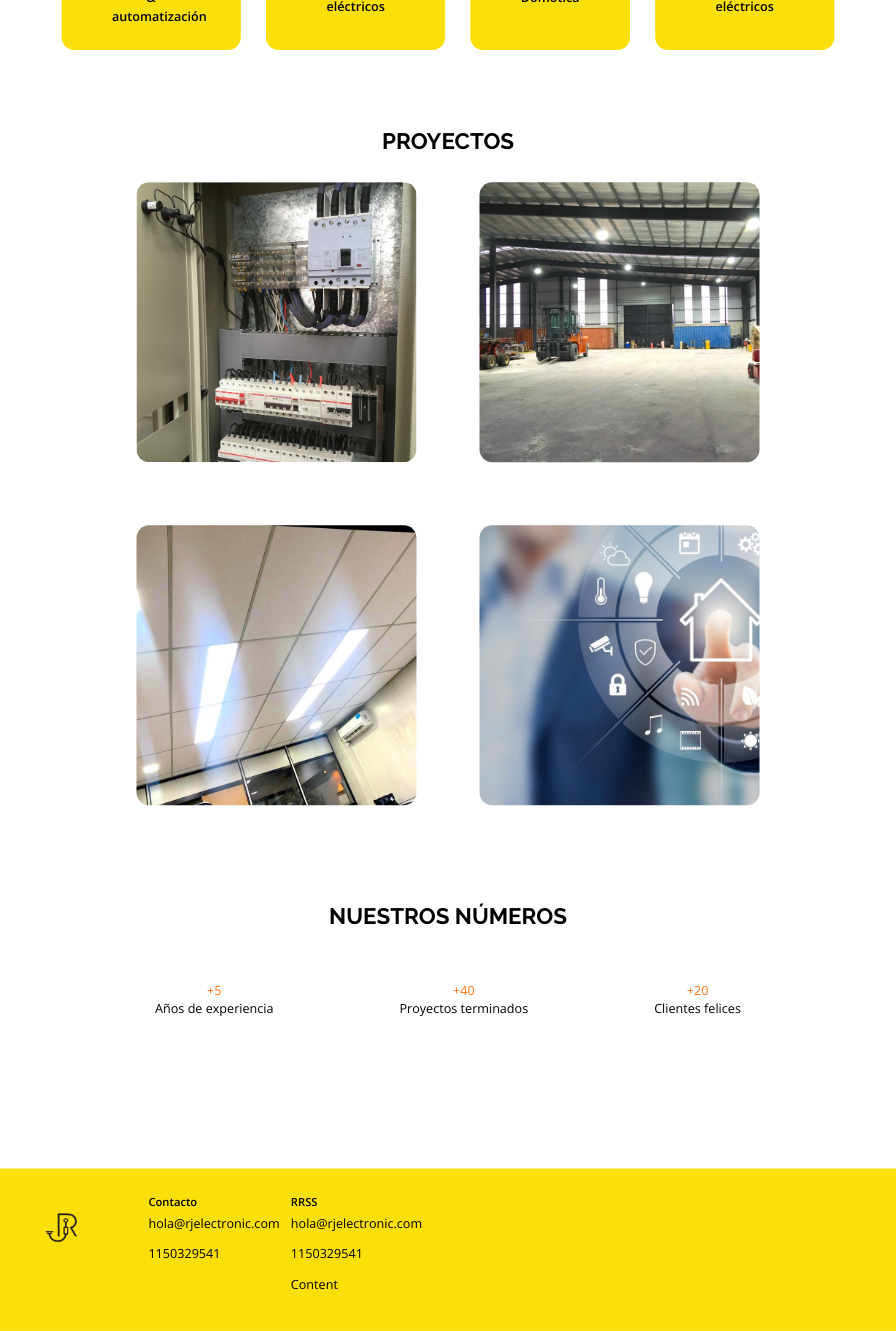
Repository: jeraldinnemg/rjelectronics
Page: index.html
The author's editor kept a copy of each file at every save. The page is drawn from the files as they stood at one save, then again after a run of saves.
The browser window is 1280 px wide. The pictures show the part of the page from y = 966 to 2886 px (the page is 2867 px tall before and 2886 px after), at 70% of full size.
Some web libraries are served in a nearby version.

Above is the page before, as saved 2022-07-27 22:09:06.

After the next 2 saves:
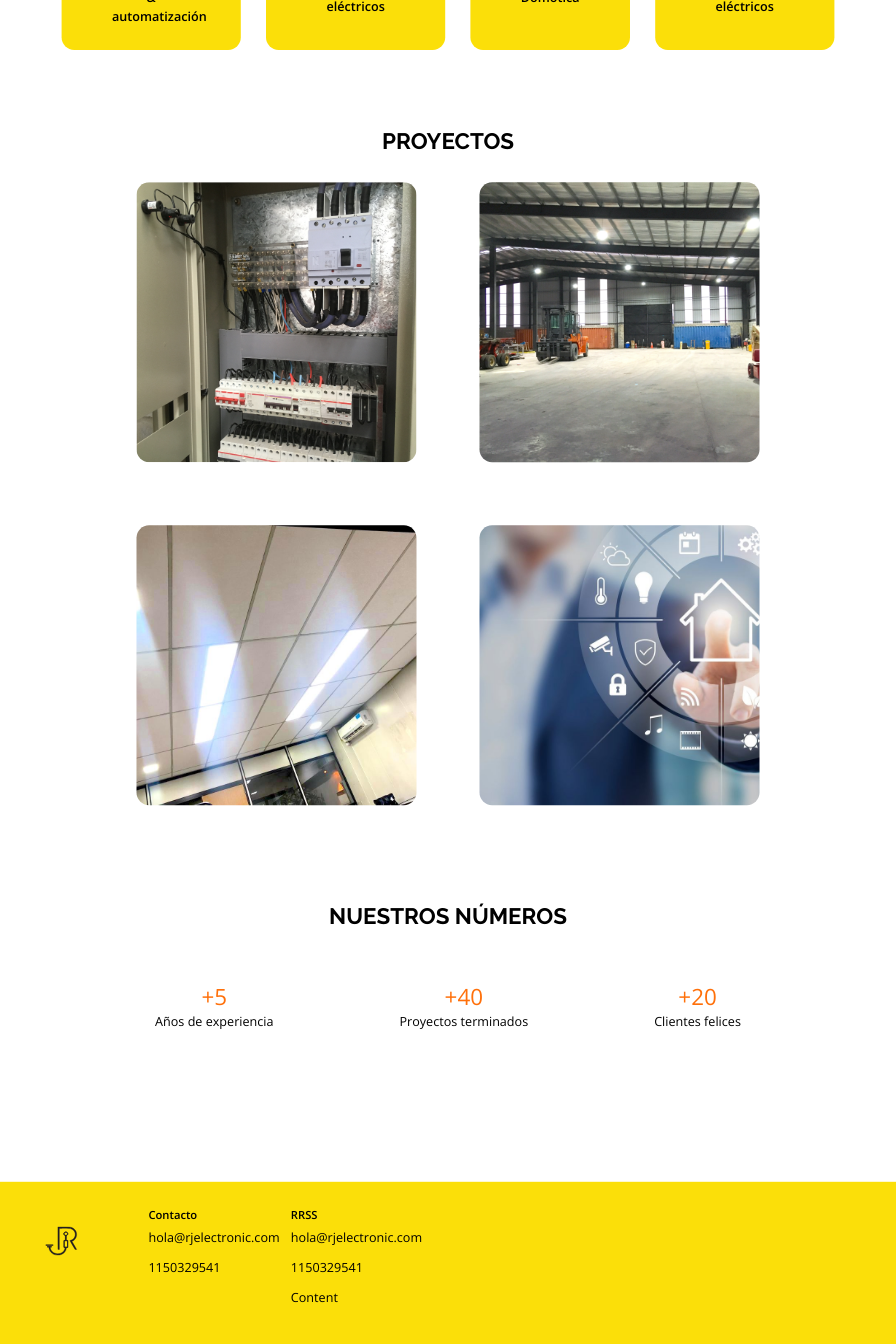
The 2 saves are shown as one change because they came seconds apart.
The last was saved 54 s later.
--- a/index.html
+++ b/index.html
@@ -138,15 +138,15 @@
             <h2 class="ff-serif fs-600 uppercase">Nuestros números</h2>
             <div class="container" >
             <div class="static">
-                <span class="character">+</span><span class="counter character" data-target="5"></span>
+                <span class="character fs-600">+</span><span class="counter character fs-600" data-target="5"></span>
                 <p class="fs-400">Años de experiencia</p>
             </div>
             <div class="static">
-                <span class="character">+</span><span class="counter character" data-target="40"></span>
+                <span class="character fs-600">+</span><span class="counter character fs-600" data-target="40"></span>
                 <p class="fs-400">Proyectos terminados</p>
             </div>
             <div class="static">
-                <span class="character">+</span><span class="counter character" data-target="20"></span>
+                <span class="character fs-600">+</span><span class="counter character fs-600" data-target="20"></span>
                 <p class="fs-400">Clientes felices</p>
             </div>
         </div>
